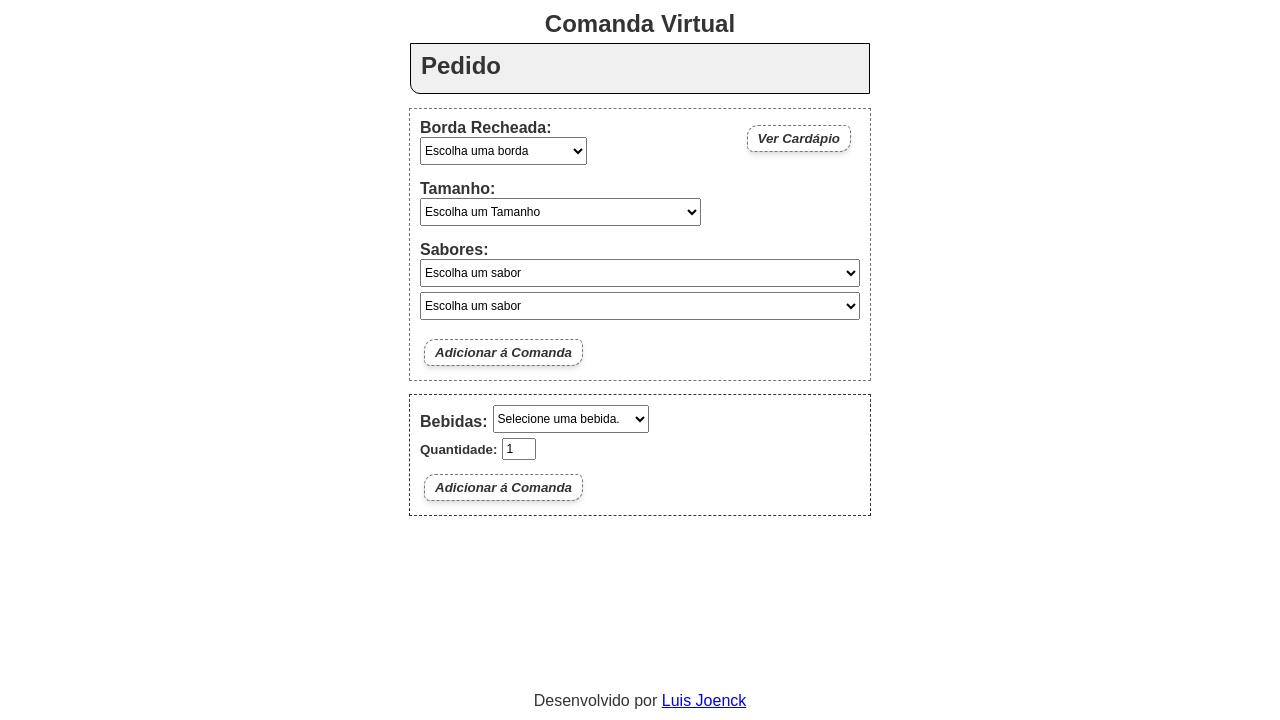
Repository: Joenck91/front-comanda-virtual
Page: index.html
The author's editor kept a copy of each file at every save. The page is drawn from the files as they stood at one save, then again after the next save.
The browser window is 1280 px wide. The pictures show the whole page.

Above is the page before, as saved 2025-10-05 14:29:10.

### index.html
<!DOCTYPE html>
<html lang="pt-br">
<head>
    <meta charset="UTF-8">
    <meta name="viewport" content="width=device-width, initial-scale=1.0">
    <title>Virtual Command</title>
    <link rel="stylesheet" href="style/base.css">
    <link rel="stylesheet" href="style/layout.css">
    <link rel="stylesheet" href="style/modules.css">
    <link rel="stylesheet" href="style/themes.css">
    <link rel="stylesheet" href="style/responsive.css">
</head>
<body class="body-style">
    <header>
        <div class="title-buttons">
            <h2>Comanda Virtual</h2>
        </div>
        <div class="command-box" id="total">
            <h2><strong>Pedido</strong></h2>
            <div class="ordered-items"></div>
            <!--CRIAR ESTRUTURA DE PEDIDO COM JSON-->
        </div>
    </header>

    <main>
        <!-- Cardápio-->
        <div class="view-menu-box" id="view-menu-box"></div>
        <!-- Formulário de Pizzas-->
        <form class="unit-pizza-box">

            <!-- Borda recheada -->
            <div class="border-pizza-box pad-bot-10">
                <label for="border"><h4>Borda Recheada:</h4></label>
                <select name="border" id="border">
                    <option value="" selected >Escolha uma borda</option>
                </select>
            </div>

            <!-- Tamanho da pizza -->
            <div class="size-pizza-box pad-bot-10">
                <label for="size"><h4>Tamanho:</h4></label>
                <select name="size" id="size">
                    <option value="" selected >Escolha um Tamanho</option>
                </select>
            </div>

            <!-- Sabores -->
            <div id="choose-pizza-box" class="choose-pizza-box pad-bot-10">
                <button type="button" class="buttons-style view-menu-button" id="view-menu"><strong>Ver Cardápio</strong></button>
                <label for="flavors"><h4>Sabores:</h4></label>
                <select name="flavors" id="flavor_one" class="flavor_one">
                    <option value="" selected >Escolha um sabor</option>
                </select>
                <select name="flavors" id="flavor_two" class="flavor_two">
                    <option value="" selected >Escolha um sabor</option>
                </select>
                <select name="flavors" id="flavor_three" class="flavor_three">
                    <option value="" selected >Escolha um sabor</option>
                </select>
                <select name="flavors" id="flavor_four" class="flavor_four">
                    <option value="" selected >Escolha um sabor</option>
                </select>
            </div>

            <button type="submit" class="buttons-style"><strong>Adicionar á Comanda</strong></button>
        </form>

        <!-- Formulário de Bebidas -->
        <form class="command-drink">
            <div class="choose-drink-box">
                <label for="drinks"><h4>Bebidas:</h4></label>
                <select name="drinks" id="">
                    <option value="drinks">Selecione uma bebida.</option>
                </select>
            </div>
            <div class="unit-input-drink">
                <label for="unit-drink"><h5>Quantidade:</h5></label>
                <input type="number" name="unit-drink" id="unit-drink" min="1" value="1" required>
            </div>
            <button type="submit" class="buttons-style"><strong>Adicionar á Comanda</strong></button>
        </form>
    </main>
    <footer>
        <p>Desenvolvido por <a href="www.instagram.com/joenckluis">Luis Joenck</a></p>
    </footer>

<script type="module" src="script/main.js"></script>
</body>
</html>

### style/base.css
*{
    margin:0;
    padding:0;
    box-sizing:border-box;
}
html, body{
    width:100%;
    height: 100%;
    display:flex;
    flex-direction:column;
    align-items: center;
    justify-content: start;
    overflow: auto;
    font-family: Arial, Helvetica, sans-serif;
    color: #333;
}
body{
    max-width: 500px;
}
header{
    width: 100%;
    display: flex;
    flex-direction: column;
    justify-content: center;
    align-items: center;
    padding: 10px 20px 0 20px;
    top:0;
    left: 0;
    z-index: 1000;
    background-color: white;
}
main{
    flex: 1;
    overflow: auto;
    margin: 0 auto;
    padding: 0 20px;
    border-radius: 4px;
    width: 100%;
    max-width: 100%;
    position: relative;
}
h1{
    padding-bottom: 15px;
}
h2{
    padding-bottom: 5px;
}
li{
    font-style: italic;
}
button{
    background-color: #ccc;
    color: #333;
    padding: 5px 10px;
    border: 1px solid #333;
    border-radius: 5px;
    margin:5px;
    box-shadow: 0 4px 6px rgba(0, 0, 0, 0.1),
    0 2px 4px rgba(0, 0, 0, 0.06);
}
button:hover{
    cursor:pointer;
}
select{
    margin-bottom: 5px;
    padding: 5px 0;
    font-size: 12px;
}
label{
    margin-right: 5px;
}
input[type="number"] {
    font-size: 12px;
    padding: 2px;
    width: 5ch;
}
input:hover{
    cursor: pointer;
}
option p{
    background-color: #f0f0f0;
    padding: 5px;
}
footer{
    padding: 10px;
}

### style/layout.css
/*-----------------------------------------------------------------------------*/
/*                               HEADER                                        */
/*-----------------------------------------------------------------------------*/

/*-----------------------------------------------------------------------------*/
/*                          PEDIDO                                     */
/*-----------------------------------------------------------------------------*/
.command-box{
    background-color:#f0f0f0;
    width: 100%;
    padding: 8px 10px;
    height: fit-content;
    border-bottom-left-radius: 10px;
    border: 1px solid black;
    display: flex;
    flex-direction: column;
}
.ordered-item{
    border: 1px dashed #333;
    padding: 5px;
    margin: 5px 0;
    min-width: 100%;
}

/*-----------------------------------------------------------------------------*/
/*                              CARDÁPIO                                       */
/*-----------------------------------------------------------------------------*/
.view-menu-box{/*pagina do cardápio*/
    position: absolute;
    right: 20px;
    left: 20px;
    background-color:rgb(255, 244, 227);
    padding: 10px;
    width: fit-content;
    max-width: 94%;
    height: 80vh;
    overflow: auto;
    border-radius: 15px;
    display: none;
    flex-direction: column;
    box-shadow: 0 4px 8px #00000033;
    z-index: 1000;
    outline: 1px dashed #333;
}
.menu-title{/*titulos do cardápio 'pizzas/bebidas*/
    border-bottom: 2px dashed black;
    text-align: center;
    padding: 3px;
    margin: 15px 0;
}
.menu-item{/*Itens do menu*/
    margin: 3px 0;
}
.pizza-description{/*Descrições de cada item*/
    margin-left: 25px;
}
/*-----------------------------------------------------------------------------*/
/*                        UNIDADE DE PIZZA                                     */
/*-----------------------------------------------------------------------------*/
.unit-pizza-box{/*Div pai com as opções de escolhas de uma pizza.*/
    outline: 1px dashed #777;
    padding: 10px;
    margin: 15px 0;
}
.border-pizza-box, .size-pizza-box{/*Box com opções de bordas*/

    display: flex;
    flex-direction: column;
    width: fit-content;
    align-items: start;
}
.choose-pizza-box{/*box referente aos campos para escolher sabores*/
    display: flex;
    flex-direction: column;
    position: relative;
}
.flavor_three, .flavor_four{/*Referente ao terceiro e quarto sabro que só devem aparecer conforme escolha de tamanhos.*/
    display: none;
}
/*-----------------------------------------------------------------------------*/
/*                        UNIDADE DE BEBIDA                                    */
/*-----------------------------------------------------------------------------*/
.command-drink{/*Div pai com as opções de escolhas de uma bebida*/
    outline: 1px dashed #333;
    padding: 10px;
    margin: 15px 0;
}
.choose-drink-box, .unit-input-drink{
    display: flex;
    flex-direction: row;
    align-items: center;
}
.unit-input-drink{
    padding-bottom: 10px;
}

### style/modules.css
/*-----------------------------------------------------------------------------*/
/*                             BOTÕES                                          */
/*-----------------------------------------------------------------------------*/
.view-menu-button{
    position: absolute;
    top: -120px;
    right: 5px;;
}
.menu-exit{/*botão que fecha o cardápio*/
    display: flex;
    position: sticky;
    top:0;
    width: fit-content;
    margin-left: auto;
    background-color: #f0f0f0;
    box-shadow: 0 4px 6px rgba(0, 0, 0, 0.1),
    0 2px 4px rgba(0, 0, 0, 0.06);
    border-radius: 2px 10px;
}
.buttons-style{/*Estilo para os botões*/
    width: fit-content;
    outline: 1px dashed #777;
    border: none;
    border-radius: 10px 5px;
    background-color: white;
    font-style: italic;
}
/*-----------------------------------------------------------------------------*/
/*                     PARA VÁRIOS ELEMENTOS                                   */
/*-----------------------------------------------------------------------------*/
.pad-bot-10{
    padding-bottom: 10px;
}

### script/main.js
import viewMenuBox from "./interface/view-menu.js";
import menuShowClose from "./buttons/menu-show-close.js";
import * as inputsContent from "./interface/inputs-contents.js"
import chooseSize from "./interface/choose-sizes.js";
import * as writingOrders from "./command/orders.js";

//Funções que precisam acessar json.
document.addEventListener('DOMContentLoaded', ()=>{
    // Faz uma requisição GET para a rota /api/menu para buscar os dados do cardápio.
    fetch('./data/menu.json')
    .then(res => res.json()) // Converte a resposta para JSON.
    .then(menu => {


        viewMenuBox(menu);  //Carrega menu.
        menuShowClose();    //Abre e fecha cardápio.
        inputsContent.showBorders(menu.borders);//Opções de bordas
        inputsContent.showsizes(menu.sizes);//Opções de tamanhos
        inputsContent.showFlavors(menu.pizzas);//Opções de pizzas
        inputsContent.showDrinks(menu.drinks);  //Opções de bebidas
        chooseSize();//Define quantidade de sabores de acordo com o tamanho selecionado.
        writingOrders.writingOrder(menu);//Armazena as opçoes escolhidas pelo usuário na variável orders


    })
    .catch(err => console.error('Erro ao carregar menu:', err));// Captura e exibe no console qualquer erro ocorrido ao carregar o menu.
});

### script/interface/view-menu.js
/* ********FUNÇÃO QUE CRIA O CARDÁPIO ******** */


export default function viewMenuBox (menu){
  const box = document.getElementById('view-menu-box');
        box.innerHTML = ''; // Limpa o conteúdo da div

        //Cria o titula Pizzas
        const titlePizza = document.createElement('h3');
        titlePizza.classList.add('menu-title');
        titlePizza.textContent = 'Pizzas';
        box.appendChild(titlePizza);

        const exit = document.createElement('button');
        exit.type ='button';
        exit.classList.add('menu-exit')
        exit.classList.add('exit-delete')
        exit.id = 'menuExit';
        exit.textContent = 'Sair';
        box.appendChild(exit);

        // Cria a lista das pizzas
        menu.pizzas.forEach(pizza => {
          const pizzaDiv = document.createElement('div');
          pizzaDiv.classList.add('menu-item'); // você pode estilizar no CSS

          const pizzaTitle = document.createElement('h4');
          pizzaTitle.textContent = `🍕 ${pizza.name}`;

          const pizzaDesc = document.createElement('p');
          pizzaDesc.classList.add('pizza-description')
          pizzaDesc.textContent = pizza.description;

          pizzaDiv.appendChild(pizzaTitle);
          pizzaDiv.appendChild(pizzaDesc);
          box.appendChild(pizzaDiv);
        });

        //Cria o titulo Bebidas
        const titleDrink = document.createElement('h3');
        titleDrink.classList.add('title');
        titleDrink.textContent = 'Bebidas';
        box.appendChild(titleDrink);

        //Cria a lista das bebidas
        menu.drinks.forEach(drink => {
          const drinkDiv = document.createElement('div');
          drinkDiv.classList.add('item');

          const drinkTitle = document.createElement('h4');
          drinkTitle.textContent = `🥤 ${drink.name} - R$ ${drink.price.toFixed(2)}`;

          drinkDiv.appendChild(drinkTitle);
          box.appendChild(drinkDiv);
        });
};

### script/buttons/menu-show-close.js

//Função para mostrar cardápiio e fechar cardápio
export default function menuShowClose (){
    const viewMenu = document.getElementById('view-menu');//Identifica o botão com "Ver cardápio"
    const closeMenu = document.getElementById('menuExit');//Identifica botão "sair" do cardápio.
    const menuBox = document.querySelector('.view-menu-box');//Identifica div que mostra cardápio

    viewMenu.addEventListener('click',()=>{//Escuta o evento de clique no botão "Ver cardápio"
        console.log("abrir")
        menuBox.style.display = 'flex';
    });
    closeMenu.addEventListener('click', ()=>{//Escuta o evento clique no botão "sair"
       console.log("sair");
        menuBox.style.display = 'none';
    });
};

### script/interface/inputs-contents.js
// Funções para preencher os selects
function showsizes(sizes) {
    const selectSizes = document.getElementById("size");
    sizes.forEach(size => {
        const option = document.createElement("option");
        option.value = size.name;
        option.textContent = `${size.name} - R$${size.price.toFixed(2)}`;
        selectSizes.appendChild(option);
    });
}

function showFlavors(pizzas) {
    const selectsFlavors = [
        document.getElementById("flavor_one"),
        document.getElementById("flavor_two"),
        document.getElementById("flavor_three"),
        document.getElementById("flavor_four")
    ];

    selectsFlavors.forEach(select => {
        pizzas.forEach(pizza => {
            const option = document.createElement("option");
            option.value = pizza.name;
            option.textContent = pizza.name;
            select.appendChild(option);
        });
    });
}

function showBorders(borders) {
    const selectBorder = document.getElementById("border");
    borders.forEach(border => {
        const option = document.createElement("option");
        option.value = border.name;
        option.textContent = `${border.name} - R$${border.price.toFixed(2)}`;
        selectBorder.appendChild(option);
    });
}

function showDrinks(drinks) {
    const selectDrinks = document.querySelector('.command-drink select');
    drinks.forEach(drink => {
        const option = document.createElement("option");
        option.value = drink.name;
        option.textContent = `${drink.name} - R$${drink.price.toFixed(2)}`;
        selectDrinks.appendChild(option);
    });
}

export {showBorders, showsizes, showFlavors, showDrinks};

### script/interface/choose-sizes.js
// Pega o select de tamanho
const selectSize = document.getElementById("size");

// Variável para armazenar o tamanho selecionado
let sizeChecked = "";

//Função para exibir os sabores de acordo com a escolha do tamanho da pizza
function updateFlavor(size) {
    document.querySelector('.flavor_three').style.display = (size === 'GRANDE(3 sabores, 12 fatias, 35cm)' || size === 'GIGANTE(4 sabores, 16 fatias, 40cm)' || size === 'KING(4 sabores, 20 fatias, 45cm)') ? 'flex' : 'none';//Se o tamanho for grande, gigante e king: aparece o terceiro sabor
    document.querySelector('.flavor_four').style.display = (size === 'GIGANTE(4 sabores, 16 fatias, 40cm)' || size === 'KING(4 sabores, 20 fatias, 45cm)') ? 'flex' : 'none';//Se o tamanho for gigante e king: aparece o quarto sabor.
}

export default function chooseSizes (){
        // Escuta quando o usuário muda a opção
    selectSize.addEventListener("change", (event) => {
        sizeChecked = event.target.value; // aqui está o valor selecionado
        updateFlavor(sizeChecked);
    });
};

### script/command/orders.js
import  showItems from "../interface/command-box/show-items.js";
//Array que guarda todos os pedidos da sessão
let notedOrder = {
    pizzas: [],
    drinks: []
};

function writingOrder (menu){
    // Captura o envio do formulário de pizza
    const formPizza = document.querySelector('.unit-pizza-box');
    formPizza.addEventListener('submit', (e) => {
        e.preventDefault(); // evita reload da página
        //código aqui

        const pizzaOrder = {
            pizza: document.getElementById('size').value,
            borda: document.getElementById('border').value,
            sabores: [
                document.getElementById('flavor_one').value,
                document.getElementById('flavor_two').value,
                document.getElementById('flavor_three').value,
                document.getElementById('flavor_four').value
            ].filter(s => s), // remove strings vazias
        };

        // Adiciona ao array de pedidos
        notedOrder.pizzas.push(pizzaOrder);

        // Atualiza a exibição dos itens pedidos
        showItems(notedOrder);


        console.log(notedOrder);


    });

    //Captura o envio do formulário de bebidas
    const formDrinks = document.querySelector('.command-drink');
    formDrinks.addEventListener('submit', (e) =>{
        e.preventDefault(); //evita reload da página
        //código aqui
        const drinkOrder = {
            bebida: document.querySelector('.command-drink select').value,
            quantidadeBebida: parseInt(document.getElementById('unit-drink').value, 10)
        };

        // Adiciona ao array de pedidos
        notedOrder.drinks.push(drinkOrder);
        // Atualiza a exibição dos itens pedidos
        showItems(notedOrder);


        console.log(notedOrder);
    });

};

export {writingOrder, notedOrder};

### script/interface/command-box/show-items.js

//função que mostra os itens pedidos na interface
export default function showItems(notedOrder){
    const orderedItemsDiv = document.getElementById('ordered-items');
    orderedItemsDiv.innerHTML = ''; // Limpa o conteúdo anterior

    // Mostra pizzas
    notedOrder.pizzas.forEach((pizza, index) => {
        const pizzaDiv = document.createElement('div');
        pizzaDiv.classList.add('ordered-item');
        pizzaDiv.innerHTML = `
            <h4>Pizza ${index + 1}</h4>
            <p><strong>Tamanho:</strong> ${pizza.pizza}</p>
            <p><strong>Borda:</strong> ${pizza.borda}</p>
            <p><strong>Sabor(es):</strong> ${pizza.sabores.join(', ')}</p>
        `;
        orderedItemsDiv.appendChild(pizzaDiv);
    });

    // Mostra bebidas
    notedOrder.drinks.forEach((drink, index) => {
        const drinkDiv = document.createElement('div');
        drinkDiv.classList.add('ordered-item');
        drinkDiv.innerHTML = `
            <h4>Bebida ${index + 1}</h4>
            <p><strong>Tipo:</strong> ${drink.bebida}</p>
            <p><strong>Quantidade:</strong> ${drink.quantidadeBebida}</p>
        `;
        orderedItemsDiv.appendChild(drinkDiv);
    });
};

Loaded but not shown: data/menu.json (282 lines, source omitted); style/themes.css (no stored copy; drawn as an empty file); style/responsive.css (no stored copy; drawn as an empty file)

After the next save:
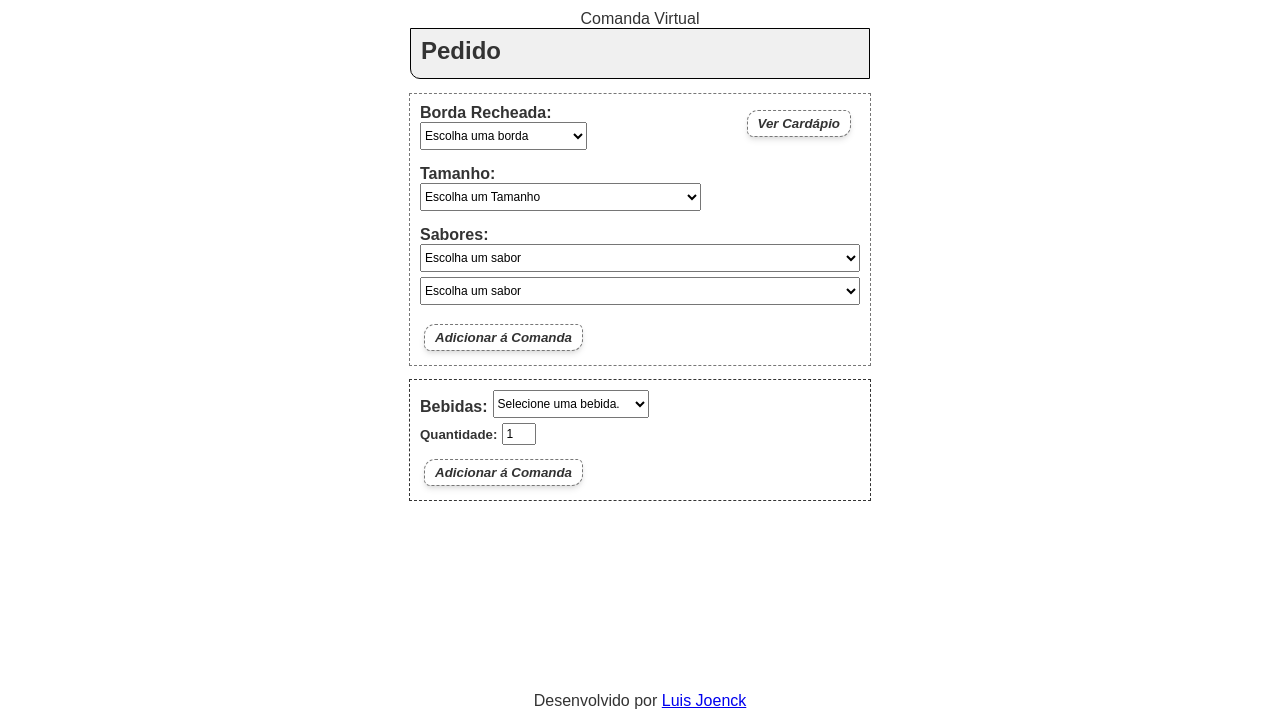
Saved 12 s later.
--- a/index.html
+++ b/index.html
@@ -13,7 +13,7 @@
 <body class="body-style">
     <header>
         <div class="title-buttons">
-            <h2>Comanda Virtual</h2>
+            <p>Comanda Virtual</p>
         </div>
         <div class="command-box" id="total">
             <h2><strong>Pedido</strong></h2>
